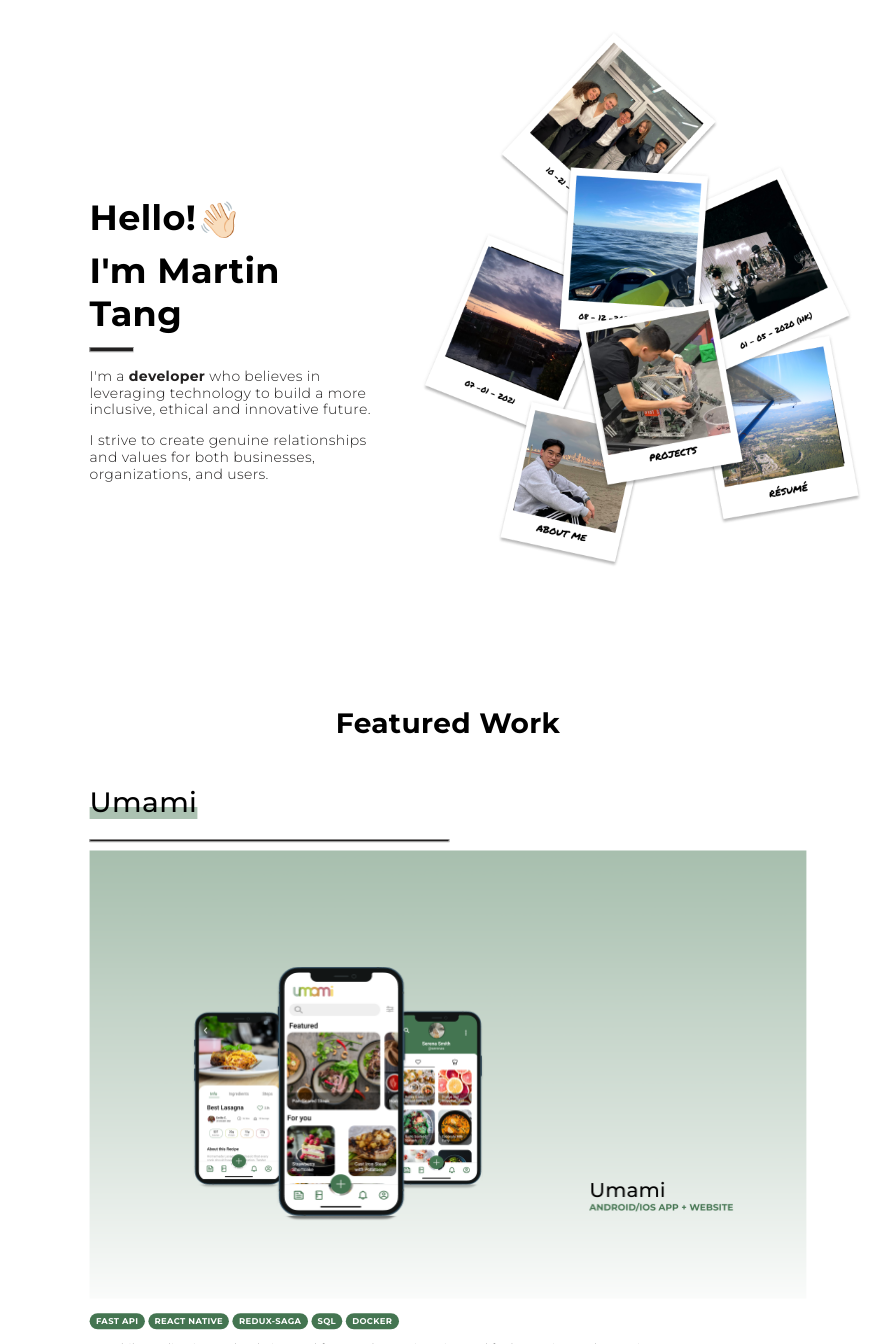
Repository: TangMartin/martintang
Page: index.html
These files come from the project's save history. The page is drawn as it stood at one moment and after the next save; the edit follows.
The browser window is 1280 px wide. The pictures show the part of the page from y = 0 to 1920 px (the page is 2912 px tall before and 2858 px after), at 70% of full size.

Above is the page before, as saved 2021-11-24 21:37:21.

### index.html
<!DOCTYPE html>

<html>
    <head>
        <link href="./styles/style.css" rel="stylesheet">
        <link rel="preconnect" href="https://fonts.googleapis.com">
        <link rel="preconnect" href="https://fonts.gstatic.com" crossorigin>
        <link href="https://fonts.googleapis.com/css2?family=Montserrat:wght@300;500;700&display=swap" rel="stylesheet">
        <title> Martin Tang</title>
    </head>

    <body>
        <!-- Nav Bar-->
        <!-- Main Page-->
        <div class="flex-main">
            <!-- Left Box-->
            <div class="flex-left">
                <h1>Hello! <span class="wave">👋🏻</span> </h1>
                <h1>I'm Martin Tang</h1>
                <hr style="height:5px; width:15%; margin-left:0; background-color:#222020; display: inline-block">
                <h3>I'm a <strong>developer</strong> who believes in leveraging technology to build a more inclusive, ethical and innovative future. </h3>
                <h3>I strive to create genuine relationships and values for both businesses, organizations, and users.</h3>
            </div>
            <!-- Right Box-->
            <div class="flex-right">
                <div class="image-stack">
                    <a style="grid-column: 8; grid-row: 10; cursor: pointer; --turn-radius: 12deg; cursor: pointer;" href="./Martin_Tang_Resume.pdf" target="_blank" download>
                        <img src="./assets/polaroids/Resume.png"/>
                    </a>
                    <img style="grid-column: 3; grid-row: 1; --turn-radius: -12deg;" src="./assets/polaroids/Apsc100.png" />
                    <img style="grid-column: 1; grid-row: 7; --turn-radius: -12deg;" src="./assets/polaroids/Sunset.png" />
                    <img style="grid-column: 7; grid-row: 5; --turn-radius: 15deg;" src="./assets/polaroids/Hongkongpng.png" />
                    <a style="grid-column: 3; grid-row: 12; --turn-radius: -12deg; cursor: pointer;" href="./pages/aboutme.html">
                        <img src="./assets/polaroids/Aboutme.png" />
                    </a>
                    <img style="grid-column: 4; grid-row: 5; --turn-radius: -4deg;"src="./assets/polaroids/Jetski.png" />
                    <a style="grid-column: 5; grid-row: 9; --turn-radius: 10deg; cursor: pointer;" href="#featuredwork">
                        <img src="./assets/polaroids/Projects.png"/>
                    </a>
                </div>
            </div>
        </div>
        <div class="featured_work" id="featuredwork">
            <!-- Featured Work -->
            <h1 style="text-align: center; padding-top: 5rem;"> Featured Work </h1>
            <ul class="work_list">

                <!-- Umami -->
                <li class="work_item">
                    <h1><span class="highlight" style="--highlighter-color: #ACC2B2;">Umami</span></h1>
                    <hr style="height:2.5px; width:50%; margin-left:0; background-color:#222020; display: inline-block; margin-top: -10px;">
                    <img class="work_image" src="./assets/images/Umami.png" />
                    <div class="technologies">
                        <p>FAST API</p>
                        <p>REACT NATIVE</p>
                        <p>REDUX-SAGA</p>
                        <p>SQL</p>
                        <p>DOCKER</p>
                    </div>
                    <p class="work_description">
                        A mobile application and website used for member registration and for borrowing and returning tumblers at coffee shops.  Website includes dashboards which allows coffee owners and operation team to keep track
                    </p>
                </li>

                <!-- Personal Website -->
                <li class="work_item">
                    <h1><span class="highlight" style="--highlighter-color: #ACC2B2">Personal Website</span></h1>
                    <hr style="height:2.5px; width:50%; margin-left:0; background-color:#222020; display: inline-block">
                    <img class="work_image" src="./assets/images/Umami.png" />
                    <div class="technologies">
                        <p>FAST API</p>
                        <p>REACT NATIVE</p>
                        <p>REDUX-SAGA</p>
                        <p>SQL</p>
                        <p>DOCKER</p>
                    </div>
                    <p class="work_description">
                        A mobile application and website used for member registration and for borrowing and returning tumblers at coffee shops.  Website includes dashboards which allows coffee owners and operation team to keep track
                    </p>
                </li>

            </ul>
        </div>
    </body>
</html>

### styles/style.css
:root {
    --highlighter-color: #EEDF5B;
    --umami-color: #447551;
    --turn-radius: 6deg;
}

html{
    scroll-behavior: smooth;
}
body {
    max-width: 70rem;
    margin-right: auto;
    margin-left: auto;
    width: 80vw;
    padding-top: 2rem;
}

body,
h1,
h2,
h3,
h4,
h5 {
  font-family: 'Montserrat', sans-serif;
  letter-spacing: 0.5px;
}

h3 {
    margin-top: 10px;
    color: #222020;
    font-size: 20px;
    font-weight: 300;
}

/* MAIN PAGE */
.flex-main {
    display: flex;
    flex-direction: row;
}
.flex-main h1 {
    display: flex;
    flex-direction: row;
    font-size: 50px;
    margin: 5px 0px 10px 0px;
}

.flex-left {
    width: 40%;
    padding-top: 23%;
    padding-bottom: 2%;
}
.flex-right {
    width: 60%;
}
.image-stack{
    display: grid;
    grid-template-columns: repeat(12, 55px);
    grid-template-rows: repeat(19, 48px);
    padding-left: 10%;

}
.image-stack img {
    transition: all 0.3s ease-in-out 0s;
}
.image-stack img:hover {
    transform: rotate(var(--turn-radius));
    transition: all 0.3s ease-in-out 0s;
}

.wave {
    animation-name: wave-animation;  /* Refers to the name of your @keyframes element below */
    animation-duration: 2.5s;        /* Change to speed up or slow down */
    animation-iteration-count: infinite;  /* Never stop waving :) */
    transform-origin: 70% 70%;       /* Pivot around the bottom-left palm */
    display: inline-block;
    padding: 2px;
  }

  @keyframes wave-animation {
      0% { transform: rotate( 0.0deg) }
     10% { transform: rotate(14.0deg) }  /* The following five values can be played with to make the waving more or less extreme */
     20% { transform: rotate(-8.0deg) }
     30% { transform: rotate(14.0deg) }
     40% { transform: rotate(-4.0deg) }
     50% { transform: rotate(10.0deg) }
     60% { transform: rotate( 0.0deg) }  /* Reset for the last half to pause */
    100% { transform: rotate( 0.0deg) }
  }

/* FEATUERED WORK */
.featured_work {
    margin-top: -5%;
}
.featured_work h1 {
    font-size: 40px;
}
.work_list {
    list-style: none;
    padding-left: 0;
}
.work_item {
    margin-top: 4rem;
}
.work_image {
    max-width: 100%;
}
.work_description {
    margin-top: 5px;
    font-weight: 300;
    width: 80%;
}
.highlight {
    background: linear-gradient(180deg, #FFFFFF 65%, var(--highlighter-color) 65%);
    font-weight: 400;
}
.technologies {
    margin-top: 5px;
    display: flex;
    flex-direction:row;

}
.technologies p {
    font-size: 12px;
    margin-right: 5px;
    color: #FFFFFF;
    font-weight: 600;
    border-radius:20px;
    padding: 4px 9px 4px 9px;
    background: var(--umami-color);
}

After the next save:
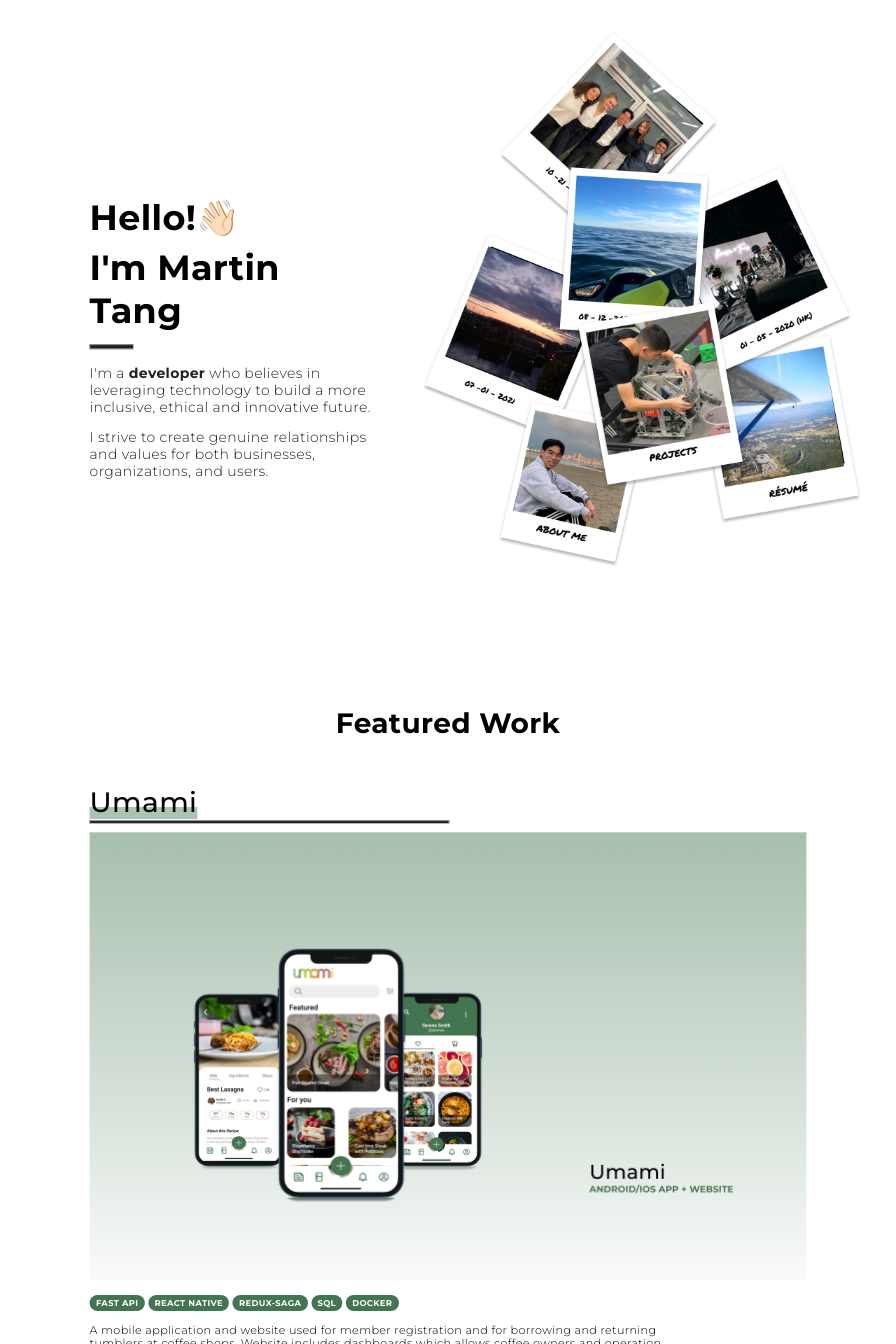
Saved 2 min 23 s later.
--- a/styles/style.css
+++ b/styles/style.css
@@ -73,7 +73,6 @@ h3 {
     animation-iteration-count: infinite;  /* Never stop waving :) */
     transform-origin: 70% 70%;       /* Pivot around the bottom-left palm */
     display: inline-block;
-    padding: 2px;
   }
 
   @keyframes wave-animation {
@@ -100,6 +99,9 @@ h3 {
 }
 .work_item {
     margin-top: 4rem;
+}
+.work_item h1{
+    margin-bottom: 0px;
 }
 .work_image {
     max-width: 100%;
